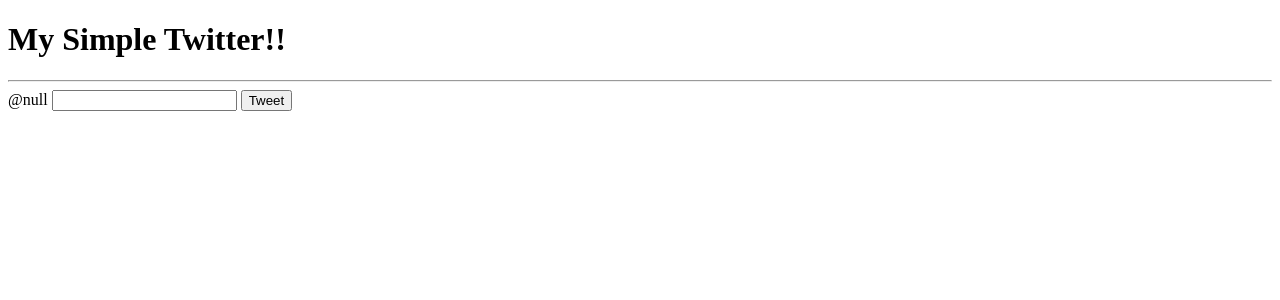
Repository: nijooymik/smartfactory
Page: http://localhost/t0720/tweet.jsp
The author's editor kept a copy of each file at every save. The page is drawn from the files as they stood at one save, then again after the next save.
The browser window is 1280 px wide. The pictures show the whole page.
The page is served by Tomcat 9.

Above is the page before, as saved 2022-07-20 08:19:51.

After the next save:
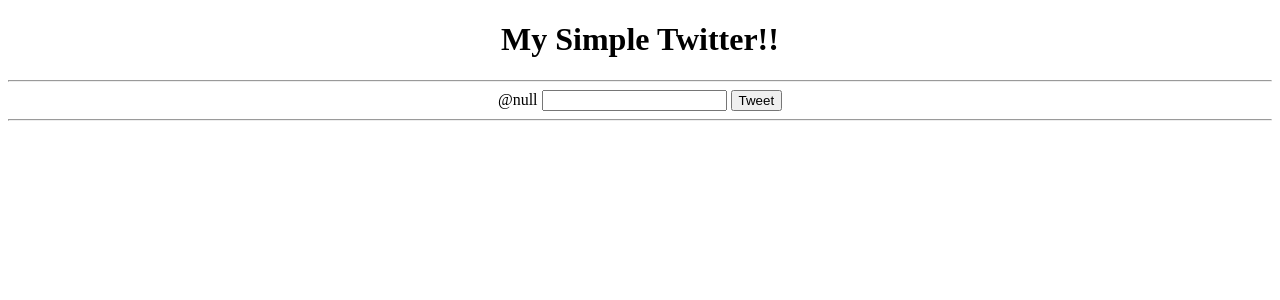
Saved 19 s later.
--- a/jsp/t0720/src/main/webapp/tweet.jsp
+++ b/jsp/t0720/src/main/webapp/tweet.jsp
@@ -1,5 +1,5 @@
 <%@ page language="java" contentType="text/html; charset=EUC-KR"
-    pageEncoding="EUC-KR"%>
+	pageEncoding="EUC-KR"%>
 <!DOCTYPE html>
 <html>
 <head>
@@ -7,10 +7,13 @@
 <title>Twitter</title>
 </head>
 <body>
-	<h1>My Simple Twitter!!</h1>
-	<hr>
-	@<%=session.getAttribute("username")%>
-	<input type="text" name="text">
-	<input type="submit" value="Tweet">
+	<center>
+		<h1>My Simple Twitter!!</h1>
+		<hr>
+		@<%=session.getAttribute("username")%>
+		<input type="text" name="text">
+		<input type="submit" value="Tweet">
+		<hr>
+	</center>
 </body>
 </html>
